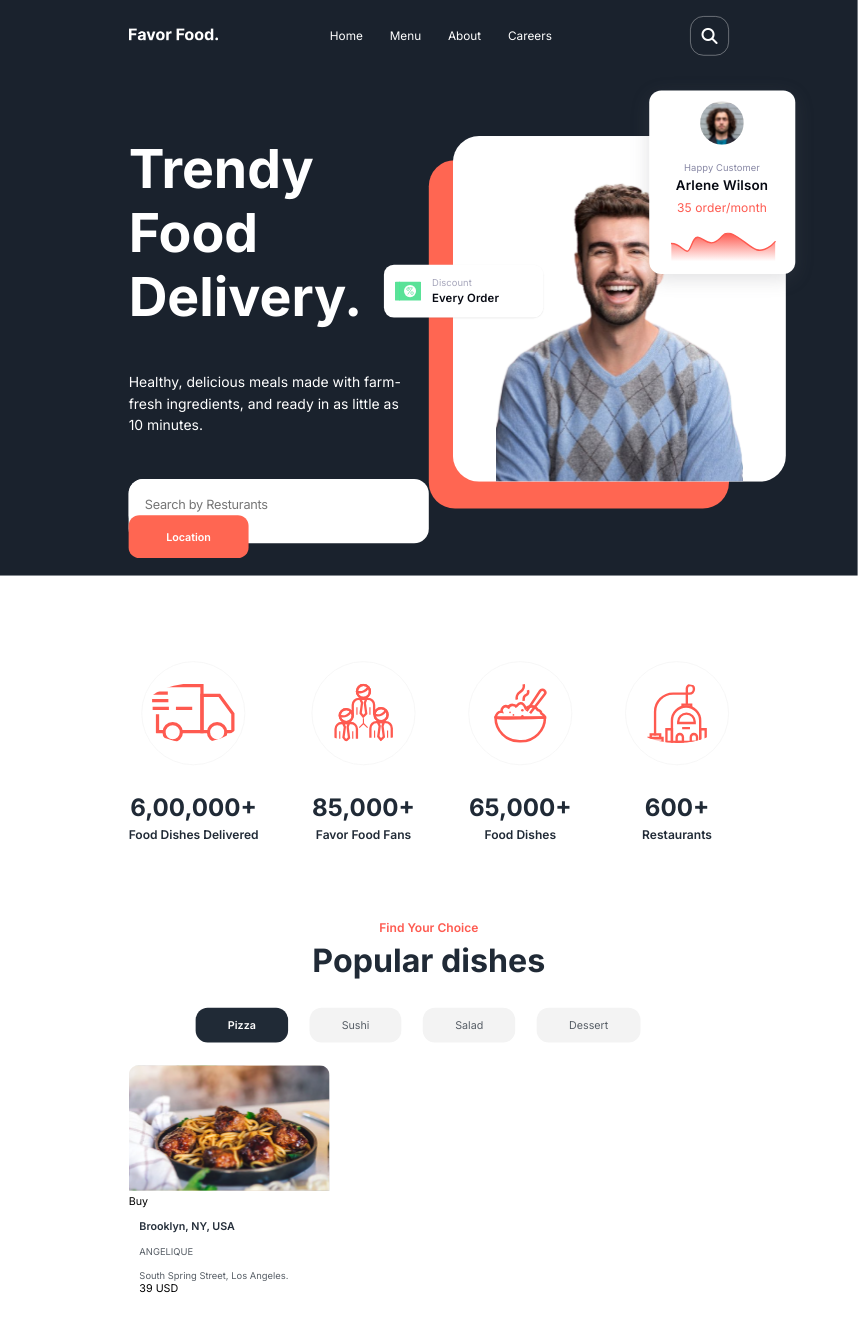
Repository: badhon252/favor-food
Page: index.html
These files come from the project's save history. The page is drawn as it stood at one moment and after the next save; the edit follows.
The browser window is 1280 px wide. The pictures show the whole page, at 67% of full size.
The style sheet was rebuilt from its Sass, Less or Tailwind sources for each picture, by a compiler version that may differ from the author's.

Above is the page before, as saved 2022-09-12 18:24:58.

After the next save:
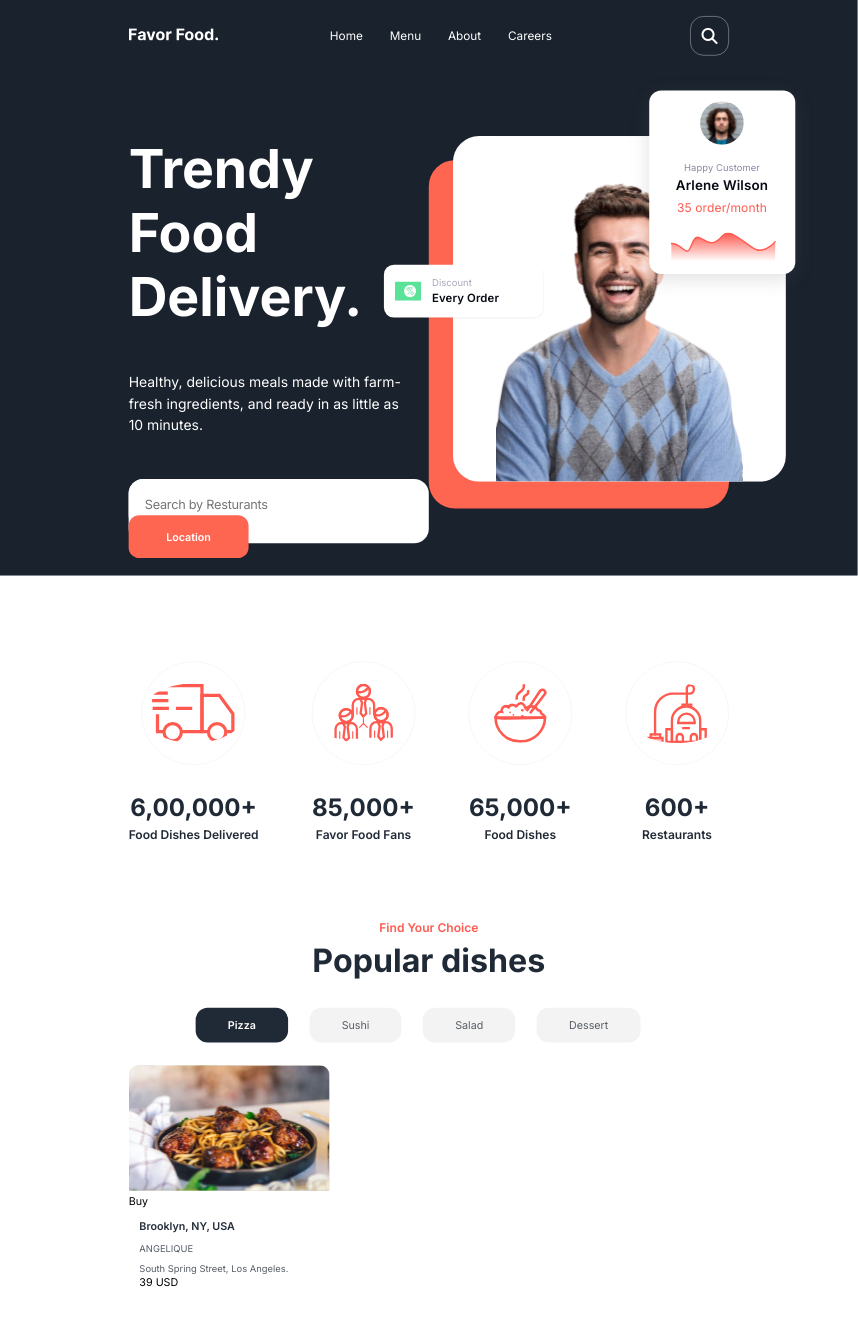
Saved 9 s later.
--- a/scss/style.scss
+++ b/scss/style.scss
@@ -323,7 +323,7 @@ header {
       font-size: 14px;
       line-height: 140%;
       color: #575e66;
-      margin: 1rem 0;
+      margin: 0.7rem 0;
     }
     h6 {
       font-weight: 400;
